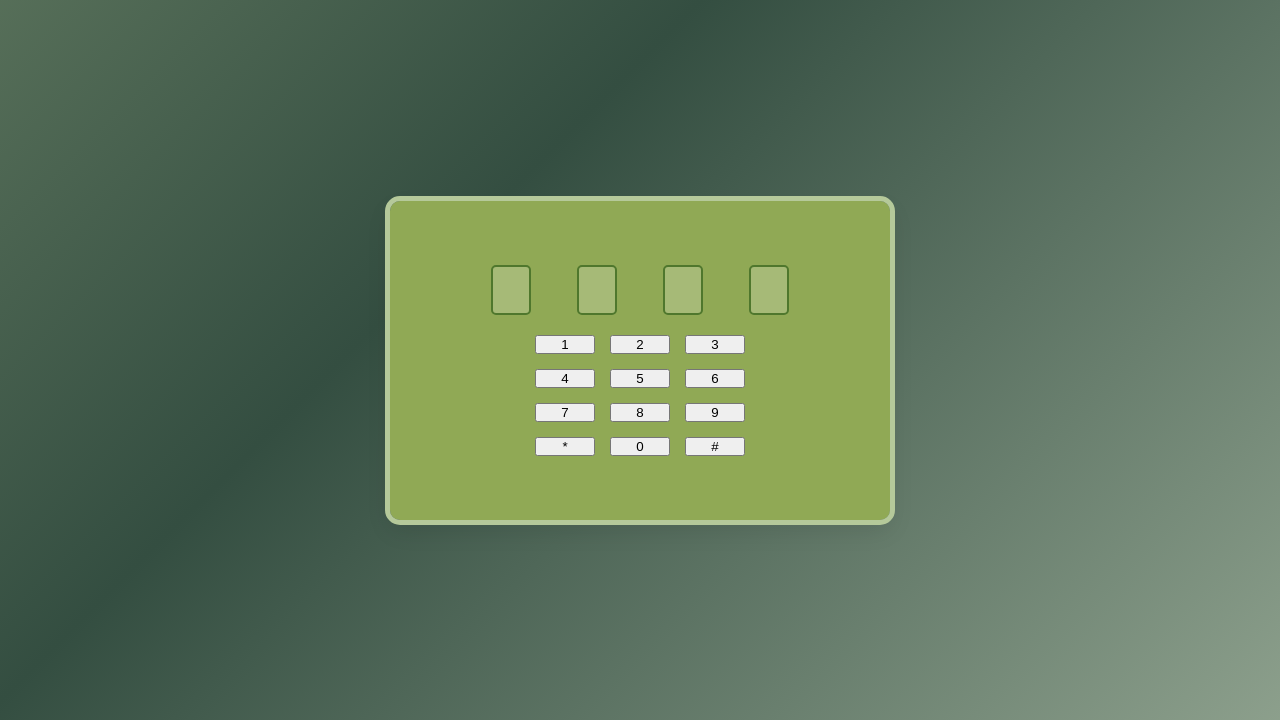
Repository: jahatesu/project-cutie
Page: index.html
The author's editor kept a copy of each file at every save. The page is drawn from the files as they stood at one save, then again after a run of saves.
The browser window is 1280 px wide. The pictures show the whole page.
Some web libraries are served in a nearby version.

Above is the page before, as saved 2025-08-14 21:04:18.
Console error: TypeError: Cannot read properties of null (reading 'getBoundingClientRect')

After the next 4 saves:
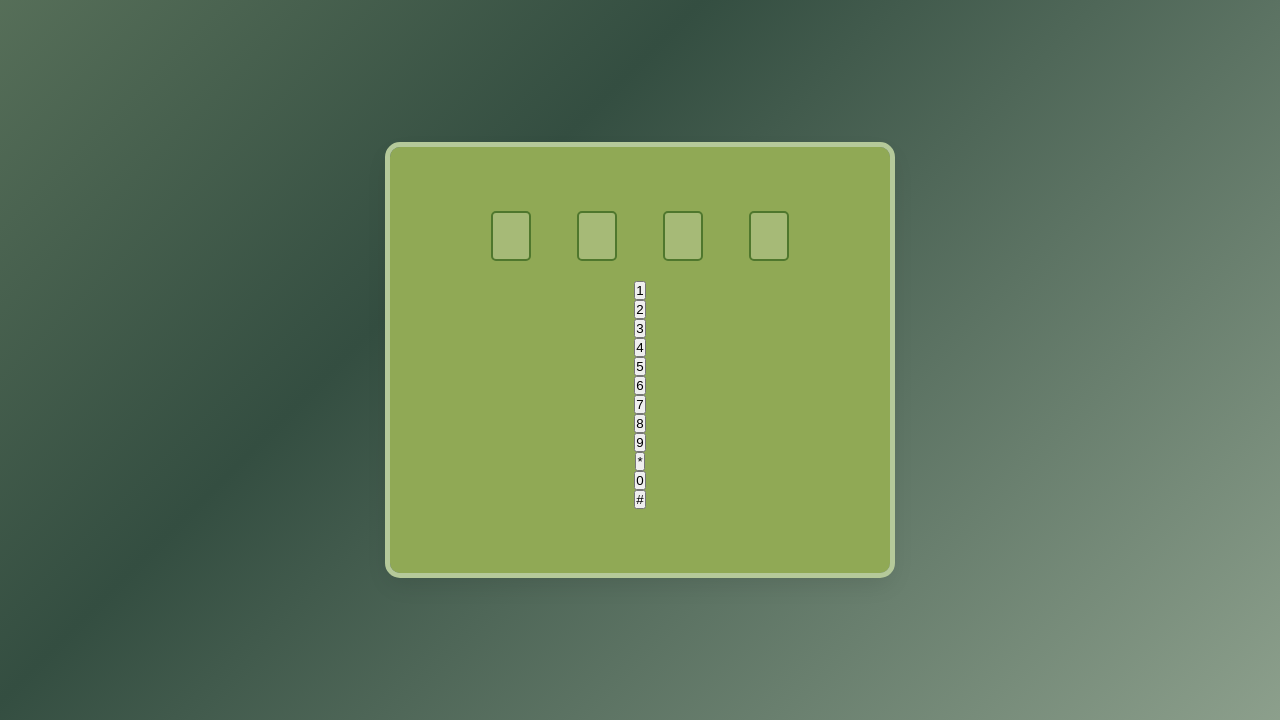
The 4 saves are shown as one change because they came seconds apart.
The last was saved 11 s later.
--- a/index.html
+++ b/index.html
@@ -28,7 +28,8 @@
 
          <!-- HEART BUTTONS -->
          <div class="heart-pad">
-            <button data-num = "1">1</button>
+
+         </div><button data-num = "1">1</button>
           <button data-num = "2">2</button>
           <button data-num = "3">3</button>
           <button data-num = "4">4</button>

After the 2 saves that followed:
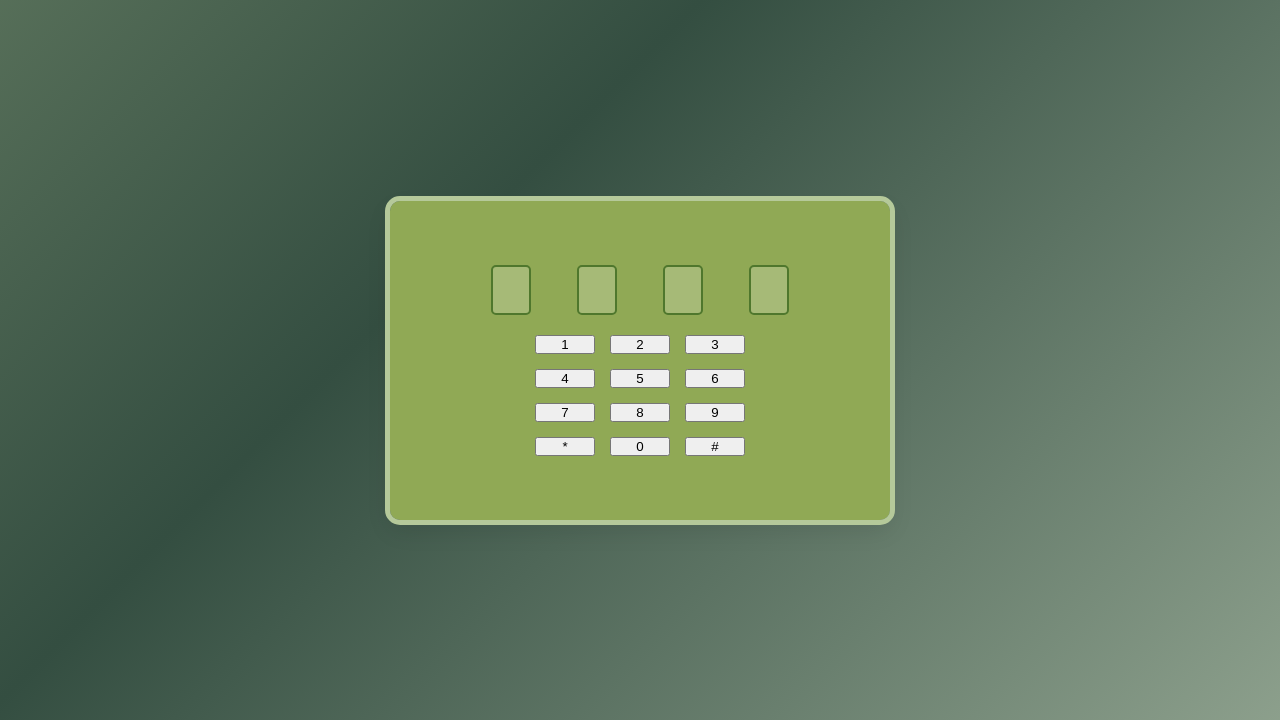
The 2 saves are shown as one change because they came seconds apart.
The last was saved 5 s later.
--- a/index.html
+++ b/index.html
@@ -28,8 +28,7 @@
 
          <!-- HEART BUTTONS -->
          <div class="heart-pad">
-
-         </div><button data-num = "1">1</button>
+            <button data-num = "1">1</button>
           <button data-num = "2">2</button>
           <button data-num = "3">3</button>
           <button data-num = "4">4</button>
